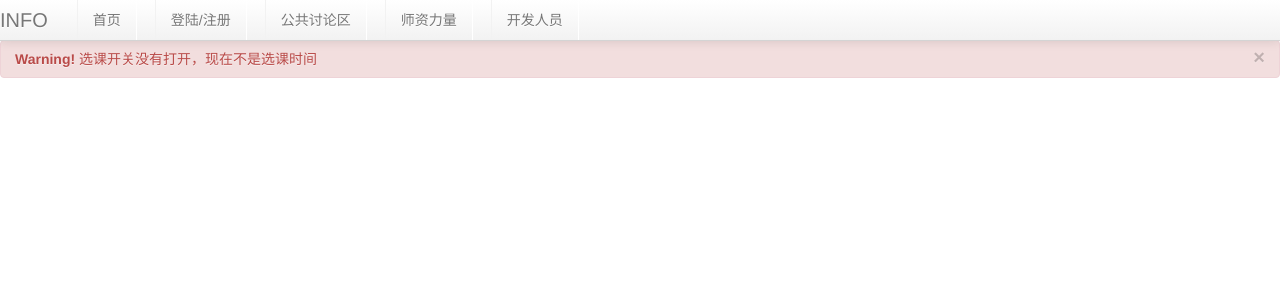
Repository: hbisheng/Academic-portal-website
Page: http://localhost/NewInfo/courses/choose.jsp
An editor plug-in stored every save of this project. The page is shown before and after the next save, followed by the edit.
The browser window is 1280 px wide. The pictures show the whole page.
The page is served by Tomcat 9. Queries for data that is not in the repository find no rows.

Above is the page before, as saved 2014-09-21 20:43:10.

After the next save:
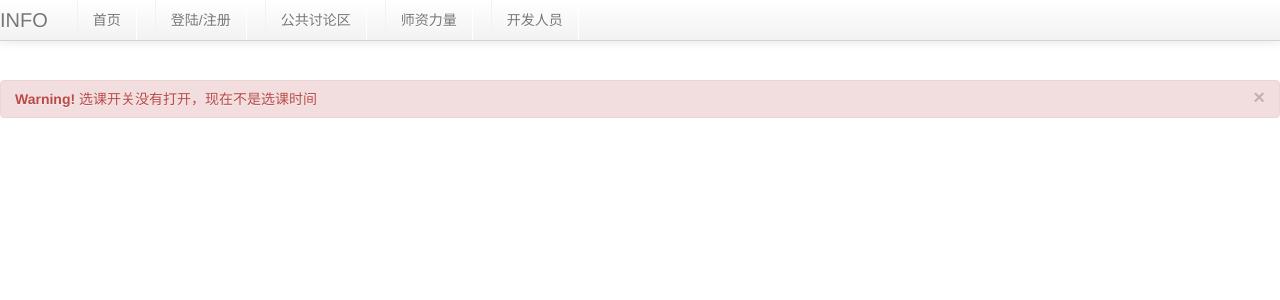
Saved 99 s later.
--- a/Java_info/NewInfo/WebContent/courses/choose.jsp
+++ b/Java_info/NewInfo/WebContent/courses/choose.jsp
@@ -11,11 +11,39 @@
 <link href="../bootstrap/css/bootstrap.css" rel="stylesheet">
 
 <title>Insert title here</title>
-<style type="type/css">
-	xe{
-		color:red;
-	}
-</style>
+  <style type="text/css">
+      body {
+        padding-top: 40px;
+        padding-bottom: 40px;
+        background-color: #f5f5f5;
+      }
+
+      .form-signin {
+        max-width: 600px;
+        padding: 19px 29px 29px;
+        margin: 0 auto 20px;
+        background-color: #fff;
+        border: 1px solid #e5e5e5;
+        -webkit-border-radius: 5px;
+           -moz-border-radius: 5px;
+                border-radius: 5px;
+        -webkit-box-shadow: 0 1px 2px rgba(0,0,0,.05);
+           -moz-box-shadow: 0 1px 2px rgba(0,0,0,.05);
+                box-shadow: 0 1px 2px rgba(0,0,0,.05);
+      }
+      .form-signin .form-signin-heading,
+      .form-signin .checkbox {
+        margin-bottom: 10px;
+      }
+      .form-signin input[type="text"],
+      .form-signin input[type="password"] {
+        font-size: 16px;
+        height: auto;
+        margin-bottom: 15px;
+        padding: 7px 9px;
+      }
+
+    </style>
 
 </head>
 <body>
